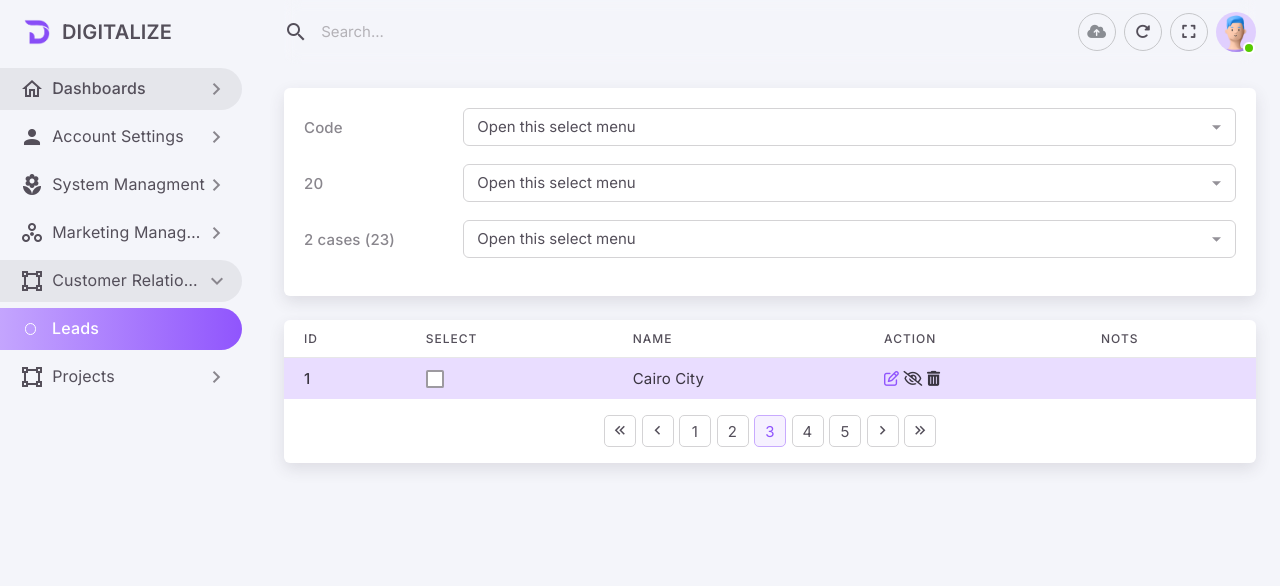
Repository: FadyFathey/sales-crm
Page: html/project-list.html
An editor plug-in stored every save of this project. The page is shown before and after the next save, followed by the edit.
The browser window is 1280 px wide. The pictures show the whole page.
Some icons come from a web library that is not loaded, so they are not drawn. Some web libraries are served in a nearby version.

Above is the page before, as saved 2024-10-09 14:06:34.
Console error: ReferenceError: d3 is not defined

After the next save:
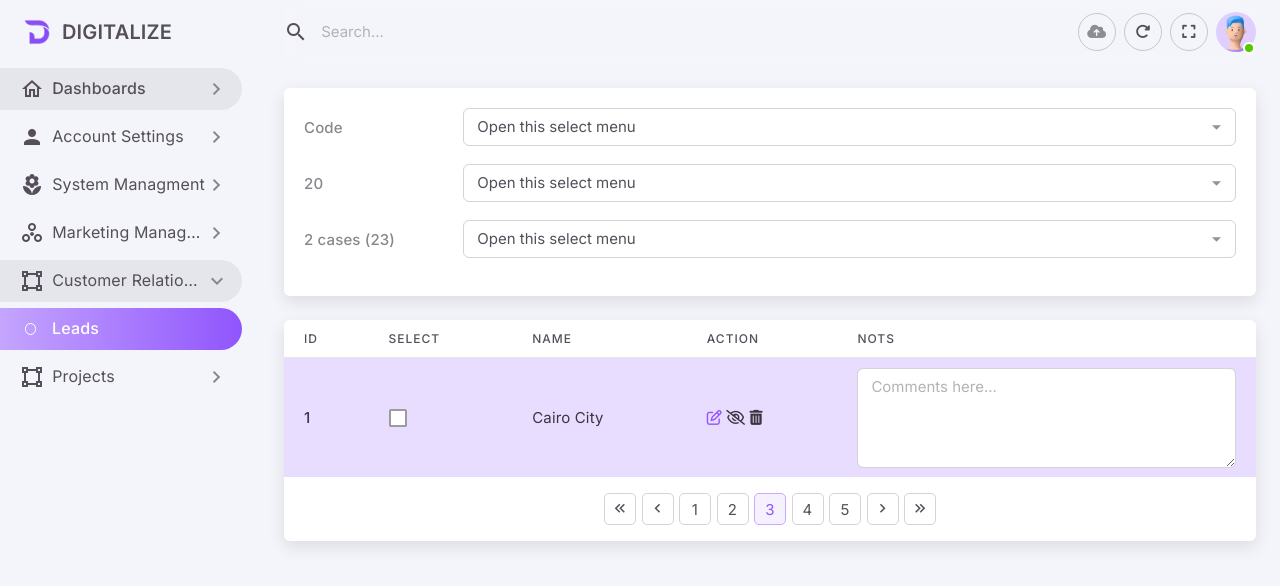
Saved 88 s later.
--- a/html/project-list.html
+++ b/html/project-list.html
@@ -408,7 +408,8 @@
                                                 <i style="cursor: pointer;" class="fa-solid fa-trash-can"></i>
                                             </td>
                                             <td>
-
+                                                <textarea class="form-control h-px-100" id="exampleFormControlTextarea1"
+                                                    placeholder="Comments here..."></textarea>
                                             </td>
                                         </tr>
                                     </tbody>
